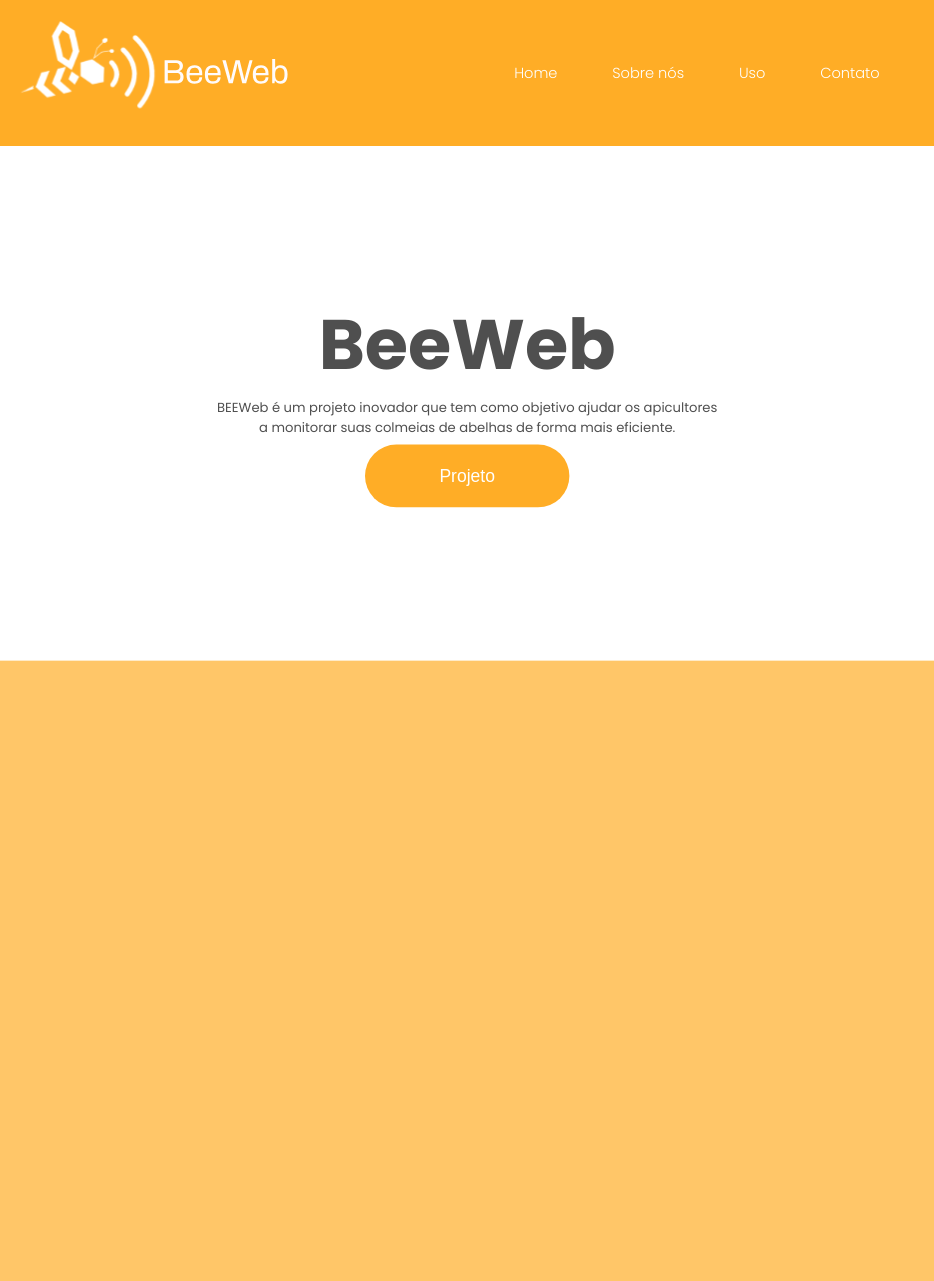
Repository: CCG-web/beeweb
Page: /
An editor plug-in stored every save of this project. The page is shown before and after the next save, followed by the edit.
The browser window is 1280 px wide. The pictures show the whole page, at 73% of full size.
The project was rebuilt for these pictures with package versions that can differ from the ones it lists, and the page was loaded fresh each time.

Above is the page before, as saved 2023-04-28 07:52:30.

After the next save:
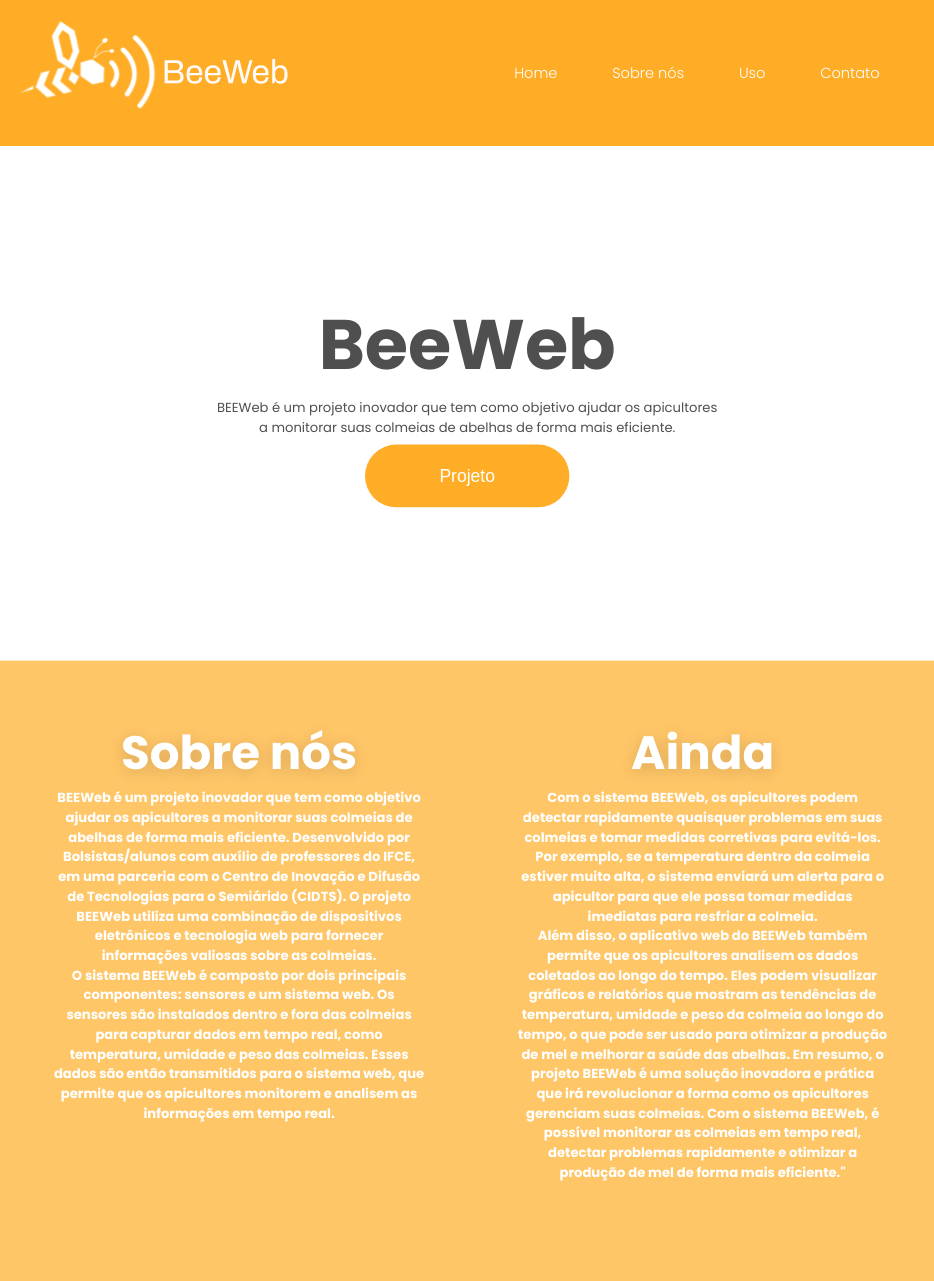
Saved 19 min 4 s later.
--- a/src/components/Sobre.jsx
+++ b/src/components/Sobre.jsx
@@ -4,7 +4,7 @@
 const Sobre = () => {
     return (
         <section className='ContainerSobre'>
-            {/* <div className='itens'>
+            <div className='itens'>
 
                 <div className='texto'>
 
@@ -28,7 +28,7 @@
                         Em resumo, o projeto BEEWeb é uma solução inovadora e prática que irá revolucionar a forma como os apicultores gerenciam suas colmeias. Com o sistema BEEWeb, é possível monitorar as colmeias em tempo real, detectar problemas rapidamente e otimizar a produção de mel de forma mais eficiente."
                     </p>
                 </div>
-            </div> */}
+            </div>
         </section>
     )
 }
